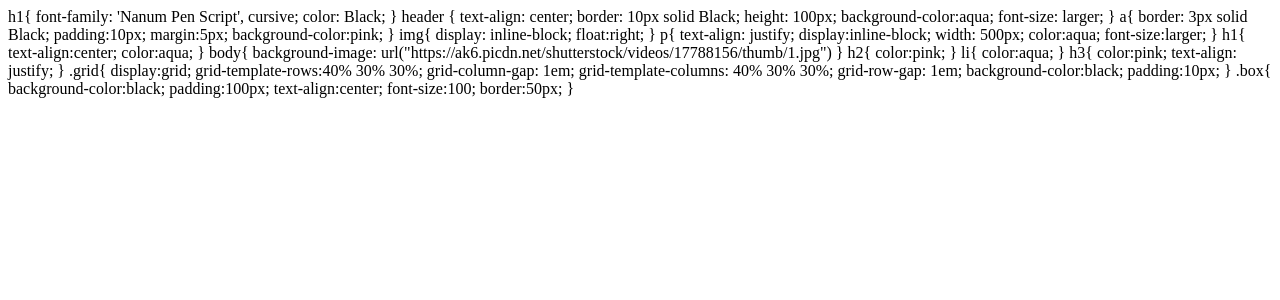
Repository: zup613/RyanKim.github.io
Page: index.html
The author's editor kept a record of every edit. The page is drawn from the files as they stood at one moment, then again after the next edit.
The browser window is 1280 px wide. The pictures show the whole page.

Above is the page before.

### index.html
h1{
    font-family: 'Nanum Pen Script', cursive;
    color: Black;
}
header {
    text-align: center;
    border: 10px solid Black;
    height: 100px;
    background-color:aqua;
    font-size: larger;
}
a{
    border: 3px solid Black;
    padding:10px;
    margin:5px;
    background-color:pink;

}
img{
    display: inline-block;
    float:right;
}
p{
    text-align: justify;
    display:inline-block;
    width: 500px;
    color:aqua;
    font-size:larger;
}
h1{
    text-align:center;
    color:aqua;
}
body{
    background-image: url("https://ak6.picdn.net/shutterstock/videos/17788156/thumb/1.jpg")
}
h2{
    color:pink;
}
li{
    color:aqua;
}
h3{
    color:pink;
    text-align: justify;
}
.grid{
    display:grid;
    grid-template-rows:40% 30% 30%;
    grid-column-gap: 1em;
    grid-template-columns: 40% 30% 30%;
    grid-row-gap: 1em;
    background-color:black;
    padding:10px;

}
.box{
    background-color:black;
    padding:100px;
    text-align:center;
    font-size:100;
    border:50px;
}

After the next edit:
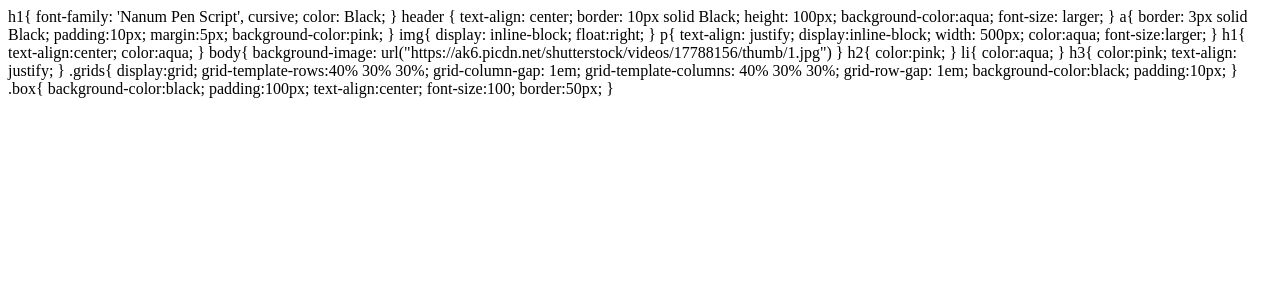
The edit:
--- a/index.html
+++ b/index.html
@@ -44,7 +44,7 @@
     color:pink;
     text-align: justify;
 }
-.grid{
+.grids{
     display:grid;
     grid-template-rows:40% 30% 30%;
     grid-column-gap: 1em;
